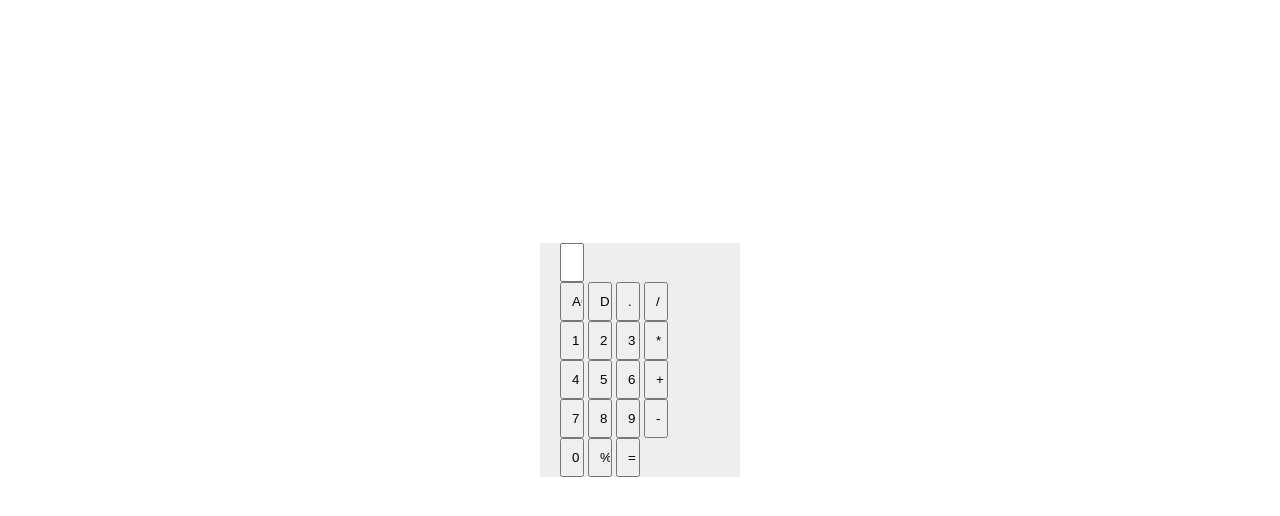
Repository: jerrys-arch/web-calculator
Page: index.html
An editor plug-in stored every save of this project. The page is shown before and after a run of saves, followed by the edit.
The browser window is 1280 px wide. The pictures show the whole page.

Above is the page before, as saved 2024-11-30 05:03:55.

After the next 4 saves:
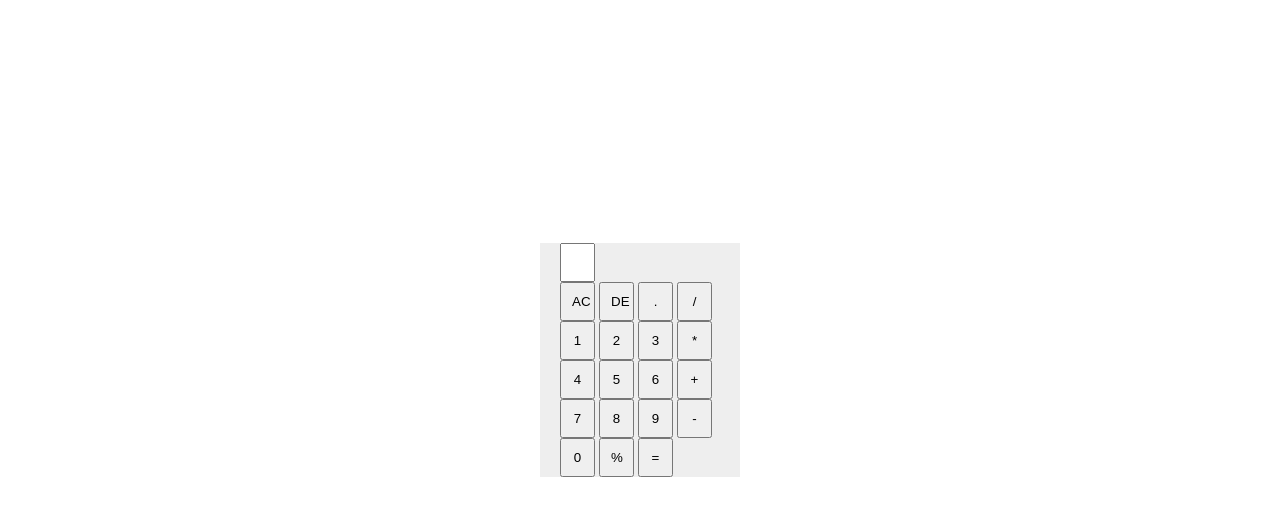
The 4 saves are shown as one change because they came seconds apart.
The last was saved 13 s later.
--- a/styles.css
+++ b/styles.css
@@ -18,7 +18,7 @@
     background: #eee;
 }
 .calculator form input{
-    width:20px;
+    width:35px;
     padding: 10px;
 
 }
